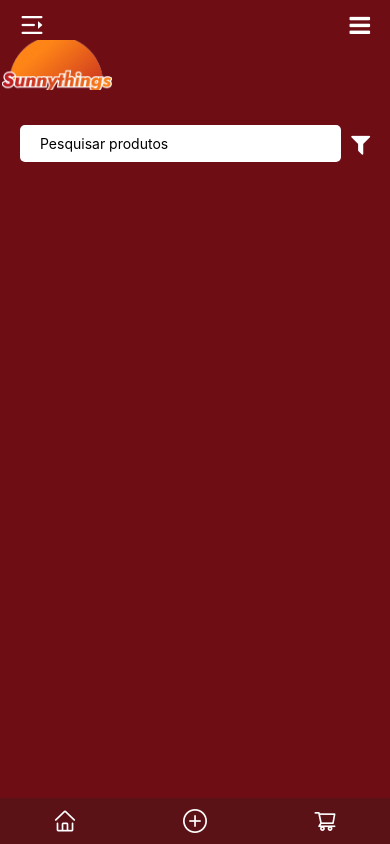
Repository: Luizzzin/SuperMercado
Screen: / (app in suny/)
An editor plug-in stored every save of this project. The screen is shown before and after the next save, followed by the edit.
The app was drawn by React Native's web renderer in a window 390 px wide. The project was rebuilt for these pictures with package versions that can differ from the ones it lists, and the page was loaded fresh each time.

Above is the screen before, as saved 2024-05-09 19:48:03.

After the next save:
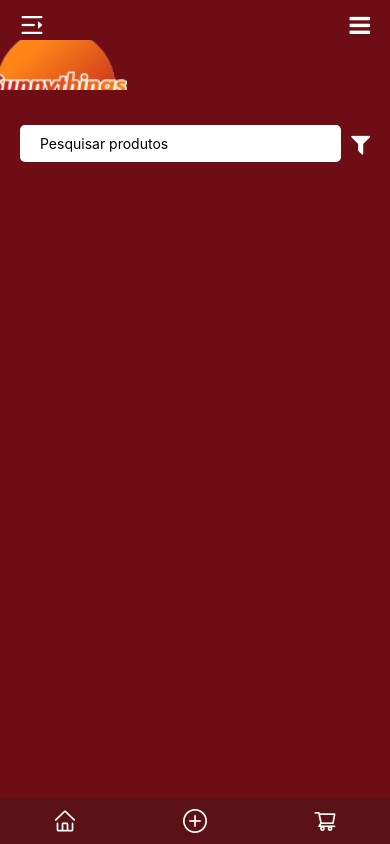
Saved 6 s later.
--- a/suny/HomeScreen.js
+++ b/suny/HomeScreen.js
@@ -66,7 +66,7 @@
     paddingTop: 0,
   },
   logo: {
-    width: 110,
+    width: 140,
     height: 50,
     right: 140,
     top: 40,
